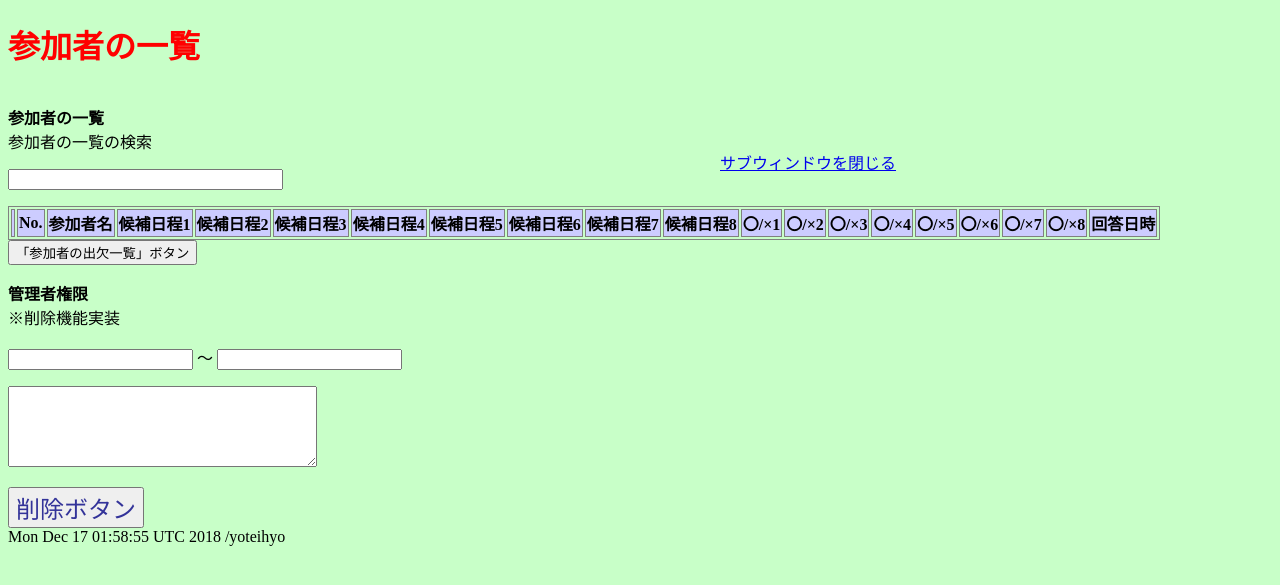
Repository: LungTel/servlet
Page: http://localhost/yoteihyo/attendeeItiran.jsp
The author's editor kept a copy of each file at every save. The page is drawn from the files as they stood at one save, then again after the next save.
The browser window is 1280 px wide. The pictures show the whole page.
The page is served by Tomcat 9. Other server files are loaded and not shown.

Above is the page before, as saved 2018-12-19 12:32:27.

### yoteihyo/attendeeItiran.jsp
<!doctype html>
<%@ page language="java" contentType="text/html; charset=Windows-31J"%>
<%@page import="java.util.Date"%>
<%@page import="java.util.ArrayList"%>
<%@page import="java.util.List"%>
<%@page import="javax.servlet.RequestDispatcher"%>
<%@page import="javax.servlet.ServletException"%>
<%@page import="javax.servlet.http.HttpServlet"%>
<%@page import="javax.servlet.http.HttpServletRequest"%>
<%@page import="javax.servlet.http.HttpServletResponse"%>
<%@page import="yoteihyo.PresentVo"%>

<HTML>
<HEAD>
<TITLE>嶲壛幰妋擣夋柺</TITLE>

<style type="text/css">

	.BackLink {
	margin-top: 50px;
	}

</style>

</HEAD>
<link rel="stylesheet" type="text/css" href="/yoteihyo/yoteihyo.css">
<script type="text/javascript" src="/yoteihyo/js/itiran.js" ></script>
<script type="text/javascript" src="/yoteihyo/js/jquery-1.8.3.min.js"></script>

<BODY>

<h1>嶲壛幰偺堦棗</h1>
<%
	request.setCharacterEncoding("Windows-31J");
%>

<div id="a-box">

<p><b>嶲壛幰偺堦棗</b> <BR>
嶲壛幰偺堦棗偺専嶕</p>

<p><input type="text" name="name1" class="size-input-name" maxlength="22"></p>

<jsp:useBean id="lstPresentVo" class="yoteihyo.PresentDataMake"/>
<%
	String IDNO = request.getParameter("idNo");
	List<PresentVo> vo = new ArrayList<PresentVo>();
	if(!(IDNO == null)){
		vo = lstPresentVo.SelectData(Integer.parseInt(IDNO));
	}
%>

<table class="table1">
	<tr>
		<th></th>
		<th>No.</th>
		<th>嶲壛幰柤</th>
		<th>岓曗擔掱1</th>
		<th>岓曗擔掱2</th>
		<th>岓曗擔掱3</th>
		<th>岓曗擔掱4</th>
		<th>岓曗擔掱5</th>
		<th>岓曗擔掱6</th>
		<th>岓曗擔掱7</th>
		<th>岓曗擔掱8</th>
		<th>乑/亊1</th>
		<th>乑/亊2</th>
		<th>乑/亊3</th>
		<th>乑/亊4</th>
		<th>乑/亊5</th>
		<th>乑/亊6</th>
		<th>乑/亊7</th>
		<th>乑/亊8</th>
		<th>夞摎擔帪</th>
	</tr>

	<% for (int i=0; i < vo.size(); i++){ %>
		<tr>
			<td></td>
			<td><%= vo.get(i).getId() %></td>
			<td><%= vo.get(i).getName1() %></td>
			<td><%= vo.get(i).getPresentDay().get(0) %></td>
			<td><%= vo.get(i).getPresentDay().get(1) %></td>
			<td><%= vo.get(i).getPresentDay().get(2) %></td>
			<td><%= vo.get(i).getPresentDay().get(3) %></td>
			<td><%= vo.get(i).getPresentDay().get(4) %></td>
			<td><%= vo.get(i).getPresentDay().get(5) %></td>
			<td><%= vo.get(i).getPresentDay().get(6) %></td>
			<td><%= vo.get(i).getPresentDay().get(7) %></td>

			<td><%= vo.get(i).getPresentProAndCon().get(0) %></td>
			<td><%= vo.get(i).getPresentProAndCon().get(1) %></td>
			<td><%= vo.get(i).getPresentProAndCon().get(2) %></td>
			<td><%= vo.get(i).getPresentProAndCon().get(3) %></td>
			<td><%= vo.get(i).getPresentProAndCon().get(4) %></td>
			<td><%= vo.get(i).getPresentProAndCon().get(5) %></td>
			<td><%= vo.get(i).getPresentProAndCon().get(6) %></td>
			<td><%= vo.get(i).getPresentProAndCon().get(7) %></td>

			<td><%= vo.get(i).getDate() %></td>
		</tr>
	<% } %>
</table>

<!--
<script type="text/javascript">
  function confirmAndSubmit(){
      if(confirm("嶲壛幰偺堦棗傪昞帵偟傑偡丅傛傠偟偄偱偡偐丠") == false)
          return false;
      else
          document.forms[0].submit();
  }

  function disableSubmit(form) {
    var elements = form.elements;
    for (var i = 0; i < elements.length; i++) {
      if (elements[i].type == 'submit') {
        elements[i].disabled = true;
      }
    }
  }
</script>
-->

<form name="ReSubmitForm" method="post" onsubmit="disableSubmit(this)" action="/yoteihyo/attendeeItiran.jsp">

<div id="IDNO"></div>

<input type="submit" type="hidden" value="乽嶲壛幰偺弌寚堦棗乿儃僞儞" onClick="confirmAndSubmit();" />
<!-- http://www.openspc2.org/JavaScript/study/script.html -->
<!-- https://detail.chiebukuro.yahoo.co.jp/qa/question_detail/q1318565593 -->
<!--
createRunOnceFunction(document.ReSubmitForm.submit());
堦搙偺傒幚峴偱偒傞娭悢傪嶌惉偡傞
http://upa-pc.blogspot.com/2015/03/javascript-run-once-function.html
-->
</form>

<p> <b>娗棟幰尃尷</b> <BR>
仸嶍彍婡擻幚憰</p>

<p><input type="text" name="delete1" maxlength="4">
乣
<input type="text" name="delete2" maxlength="4"></p>

<p><textarea name="pass" rows="5" cols="36" wrap="hard"></textarea></p>
<button type="button" id="deleteButton" name="deleteButton" value="">
<font size="5" color="#333399">嶍彍儃僞儞</font>
</button>

<br>
<%= new Date() %>
<%= request.getContextPath() %>
</div>


<div id="c-box">
	<p class="BackLink"><a href="#" onClick="window.close(); return false;">僒僽僂傿儞僪僂傪暵偠傞</a></p>
</div>

</BODY>
</HTML>

### yoteihyo/yoteihyo.css
/* ================================================================
丂慡懱
=================================================================== */

body {
background-color: rgb(200,255,200);
}


/* ================================================================
丂僼僅乕儉惍宍
=================================================================== */
h1 { color: red; }

.size-input-name {
white-space: nowrap;
overflow: hidden;
text-overflow: ellipsis;
width: 20em;
}


/* ================================================================
丂嵍塃偵傢偗傞
=================================================================== */

#a-box {
           float:left;
           margin: 0px;
           padding: 0px;
}


#b-box {
           float:center;
           margin: 0px;
           padding: 0px;
}

#c-box {
           float:right;
           margin: 0px;
           padding: 0px;
           position: absolute;
           top: 100px;
           left:720px;
}

/* ================================================================
丂堦棗夋柺
=================================================================== */
.table1 {
  border: 1px solid gray;
}
.table1 th, .table1 td {
  border: 1px solid gray;
}
.table1 th {
  background-color: #ccf;
}

### yoteihyo/js/itiran.js
/**
 * 僇儗儞僟乕傪昞帵偡傞
 * @url
 * http://cly7796.net/wp/javascript/create-a-calendar-with-javascript/
 * jQuery偺愝抲
 * http://web-pc.net/jquery001
 * 僋儕僢僋帪
 * http://lifelog.main.jp/wordpress/?p=2146
 */

window.onload = function() {
    // 尰嵼偺擭寧偺庢摼
    var current = new Date();
    var year = current.getFullYear();
    var month = current.getMonth() + 1;

    console.log(location.href);

    if(location.href == "http://localhost:8080/yoteihyo/present.jsp" ){
    	// 憐掕暥帤楍乽2018擭11寧11擔 20:00, 2019擭1寧14擔 20:00, 2019擭1寧14擔 20:00, 2019擭1寧29擔 20:00,乿

        // 弌寚壜斲偺昞帵
        var wrapper = document.getElementById('niti');
        add_present(wrapper);

/*
    	var splited = window.sessionStorage.getItem(['key1']).split(",");
    	while(i < splited.length) {
    	document.getElementById('niti').innerHTML = splited[i];
    	// 乽|0乿JS偵捈偱JIT僐儞僷僀儔宆傛傝INT擣幆偝偣傞偙偲偱崅懍壔
    	i=(i+1)|0;
    	}
*/
    	// 惉岟 document.getElementById('niti').innerHTML = window.sessionStorage.getItem(['key1']);
    		//杤 window.sessionStorage.getItem(['key1']);

    }

    if(location.href == "http://localhost:8080/yoteihyo/attendeeItiran.jsp" ){
    	// 僀儀儞僩柤偺IDNO 乽弌寚昞偺堦棗乿偺No傪庢摼偡傞
    	var wrapper = document.getElementById('IDNO');
    	add_attendeeItiran(wrapper);

    }

    /*
     * itiran.jsp梡 乽弌寚偺搊榐偼僐僐両乿儃僞儞
     */
     $('button[name="button"]').on('click', function() {

  	  	var $cur_tr = $(this).parent().parent()[0].children[4].innerText; // (2):峴偺HTML昞尰
  	    var cur_tr = $cur_tr.split("乣");
  	  	console.log($cur_tr);

  	  	var IDNO = $(this).parent().parent()[0].children[1].innerText;

  	  	// 嶲峫URL乽https://www.tagindex.com/javascript/window/open1.html乿
  	  	// https://qiita.com/shuntaro_tamura/items/99adbe51132e0fb3c9e9
    	disp("/yoteihyo/present.jsp", cur_tr, IDNO);

    });

     /*
      * itiran.jsp梡 乽弌寚偺堦棗偼僐僐両乿儃僞儞
      */
      $('button[name="button2"]').on('click', function() {


   	  	var $cur_tr = $(this).parent().parent()[0].children[4].innerText; // (2):峴偺HTML昞尰
   	    var cur_tr = $cur_tr.split("乣");
   	  	console.log($cur_tr);

   	  	var IDNO = $(this).parent().parent()[0].children[1].innerText;

     	disp("/yoteihyo/attendeeItiran.jsp", cur_tr, IDNO);

     });

    /*
     * present.jsp梡 乽妋掕儃僞儞乿
     */
    $('#PresentButton').on('click', function() {
		var $nameValue = $('input[name="yourName"]').val();
    	var $gyo = $('input[name="gyo"]').val();

     	if($nameValue == ""){
       		alert("僀儀儞僩柤傪擖椡偟偰偔偩偝偄");
       		return false;
     	}

    	for (var i = 0; i < $gyo; i++){
    		// var $presentPandC = $('input[name="presentPandC' + i + '"]').prop('checked');
    		var $presentPandC = $('input[name="presentPandC' + i + '"]:checked').val();

    		if($presentPandC == null){
    			alert("弌寚擔偺嶲壛/晄嶲壛傪擖椡偟偰偔偩偝偄");
    			return false;
    		}
    	 }
	});
}

/**
 * 巕夋柺傪昞帵偡傞
 * @param {object} url - URL
 * @param {object} cur_tr - 岓曗擔掱
 */
function disp(url, cur_tr, IDNO){

	// http://portaltan.hatenablog.com/entry/2015/08/05/100655
	// 僙僢僔儑儞偺奿擺
	window.sessionStorage.setItem(['key1'], [cur_tr]);
	window.sessionStorage.setItem(['key2'], IDNO);

	// 僙僢僔儑儞偺悢偺庢摼
	var size = window.sessionStorage.length
	console.log(size);

	// 僙僢僔儑儞偺抣偺庢摼
	var a = window.sessionStorage.getItem(['key1']);
	console.log(a);    // => value1

	window.open(url, "window_name", "width=500,height=400,scrollbars=yes");

	// 巜掕偟偨僙僢僔儑儞偺嶍彍
	window.sessionStorage.removeItem(['key1']);
	window.sessionStorage.removeItem(['key2']);

	// 慡偰偺僙僢僔儑儞偺嶍彍
	//window.sessionStorage.clear();
}


/**
 * 弌寚壜斲傪昞帵偡傞
 * @param {object} wrapper - 弌寚壜斲傪捛壛偡傞恊梫慺
 */
function add_present(wrapper) {
    // 尰嵼丄弌寚壜斲偑捛壛偝傟偰偄傞応崌偼堦扷嶍彍偡傞
    wrapper.textContent = null;

    // 弌寚壜斲偵昞帵偡傞撪梕傪庢摼
    var bodyData = generate_present(wrapper);

    // 弌寚壜斲偺梫慺傪捛壛乮HTML弌椡乯
    wrapper.appendChild(bodyData);
}


/**
 * 巜掕偟偨弌寚壜斲偺梫慺傪惗惉偟偰曉偡
 * @param {number} year  - 擭偺巜掕
 * @param {number} month - 寧偺巜掕
 */
function generate_present(wrapper) {
	var NitiData= window.sessionStorage.getItem(['key1']).split(",");
	var IDNO= window.sessionStorage.getItem(['key2']);

    // 擔掱偺梫慺傪惗惉
    var nTable = document.createElement('table');
    nTable.className = 'niti-table';

    var insertData = '';
    // 擔掱晹暘偺惗惉
    insertData += '<tbody>';

    for (var i = 0; i < NitiData.length - 1; i++) {
    	insertData += '<tr>';

    	insertData += '<th>';
    	insertData += '<label for="NitiLabel' + i + '">';
        insertData += NitiData[i];
        insertData += '</label>';
        insertData += '<input type="hidden" name="Niti' + i + '"' + 'value="' + NitiData[i] + '">';
        insertData += '</th>';
    	insertData += '<th>';
        insertData += '<input type="radio" name="presentPandC' + i + '" value="yes">嶲壛';
        insertData += '<input type="radio" name="presentPandC' + i + '" value="no">晄嶲壛';
        insertData += '</th>';

        insertData += '</tr>';
    }

    insertData += '<input type="hidden" name="gyo" value=' + (NitiData.length -1) + '>';
    insertData += '<input type="hidden" name="IDNO" value=' + IDNO + '>';
    insertData += '</tbody>';

    nTable.innerHTML = insertData;
    return nTable;
}


/**
 * 嶲壛幰偺堦棗傪昞帵偡傞
 * @param {object} wrapper - 嶲壛幰偺堦棗傪捛壛偡傞恊梫慺
 */
function add_attendeeItiran(wrapper){
    // 尰嵼丄弌寚壜斲偑捛壛偝傟偰偄傞応崌偼堦扷嶍彍偡傞
    wrapper.textContent = null;

    // 弌寚壜斲偵昞帵偡傞撪梕傪庢摼
    var bodyData = generate_attendeeItiran(wrapper);

    // 弌寚壜斲偺梫慺傪捛壛乮HTML弌椡乯
    wrapper.appendChild(bodyData);

    if(!(window.sessionStorage.getItem(['key3']) == "submit1夞偺傒")) {
    	document.ReSubmitForm.submit();
    	window.sessionStorage.setItem(['key3'], "submit1夞偺傒");
    }
    //document.ReSubmitForm.submit();
}


/**
 * 巜掕偟偨弌寚壜斲偺梫慺傪惗惉偟偰曉偡
 * @param {number} year  - 擭偺巜掕
 * @param {number} month - 寧偺巜掕
 */
function generate_attendeeItiran(wrapper) {
	var IDNO= window.sessionStorage.getItem(['key2']);

	var element = document.createElement('div');
	element.id = "idNoElement";

	var insertData = '';

    insertData += '<input type="hidden" name="idNo"' + 'value="' + IDNO + '">';

    element.innerHTML = insertData;
    return element;
}

Loaded but not shown: yoteihyo/js/jquery-1.8.3.min.js (library)

After the next save:
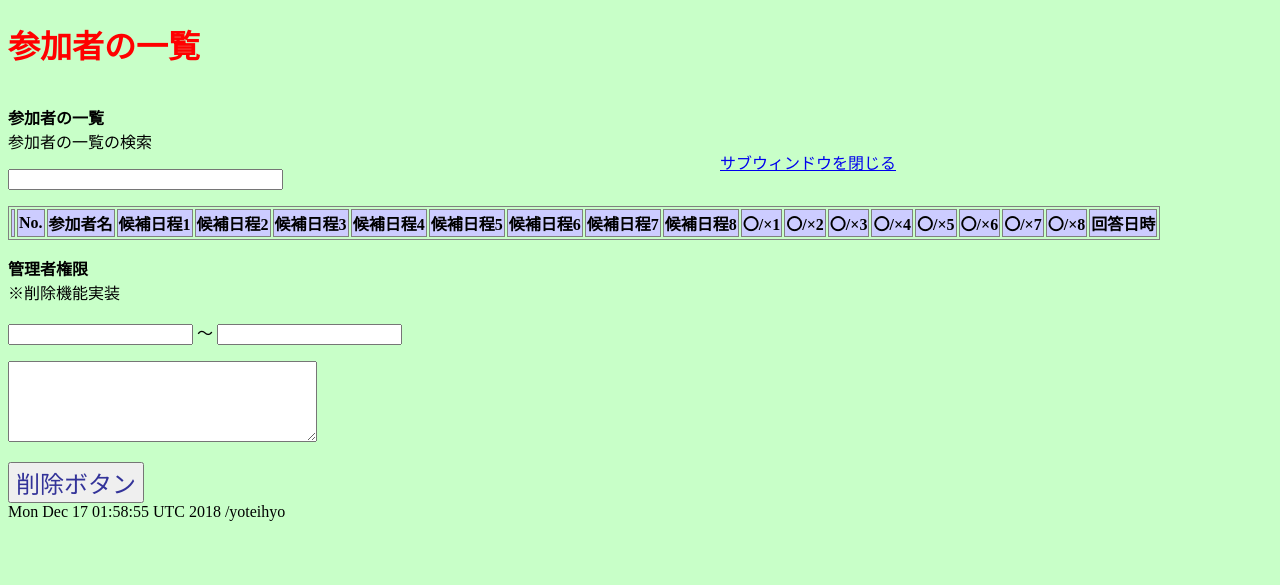
Saved 55 s later.
--- a/yoteihyo/attendeeItiran.jsp
+++ b/yoteihyo/attendeeItiran.jsp
@@ -126,7 +126,7 @@
 
 <div id="IDNO"></div>
 
-<input type="submit" type="hidden" value="乽嶲壛幰偺弌寚堦棗乿儃僞儞" onClick="confirmAndSubmit();" />
+<input type="hidden" value="乽嶲壛幰偺弌寚堦棗乿儃僞儞" onClick="confirmAndSubmit();" />
 <!-- http://www.openspc2.org/JavaScript/study/script.html -->
 <!-- https://detail.chiebukuro.yahoo.co.jp/qa/question_detail/q1318565593 -->
 <!--
